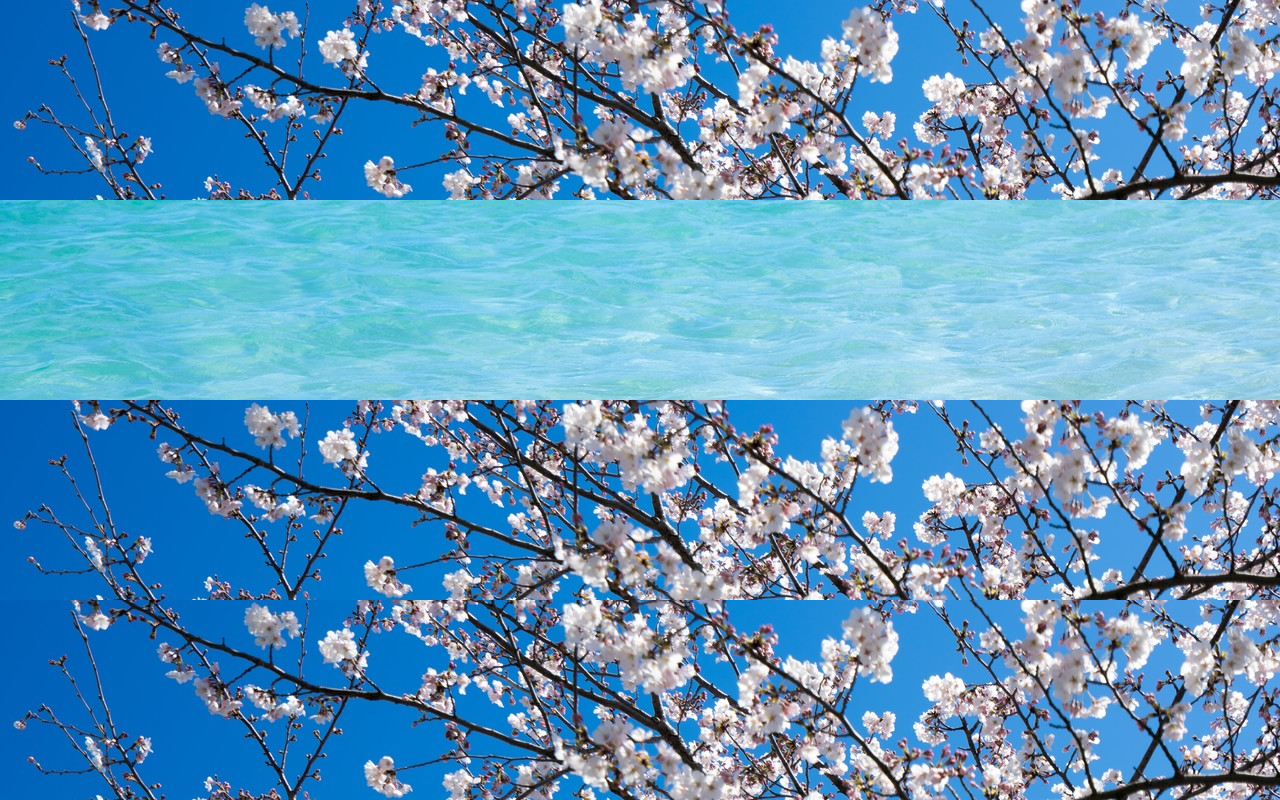
Repository: hayase-m/Webcamp
Page: chapter6/chapter6.html
The author's editor kept a record of every edit. The page is drawn from the files as they stood at one moment, then again after the next edit.
The browser window is 1280 px wide. The pictures show the whole page.

Above is the page before.

### chapter6/chapter6.html
<!DOCTYPE html>
<html lang="en">
<head>
  <meta charset="UTF-8">
  <link rel="stylesheet" href="style.css" type="text/css" />
  <title>Chapter6</title>
</head>
<body>
  <div class="image1"></div>
  <div class="image2"></div>
  <div class="image3"></div>
  <div class="image4"></div>
</body>
</html>

### chapter6/style.css
* {
  margin: 0;
  padding: 0;
  box-sizing: border-box;
}

.image1 {
  width: 100%;
  height: 200px;
  background-image: url(img/box1.jpg)
}

.image2 {
  width: 100%;
  height: 200px;
  background-image: url(img/box2.jpg)
}

.image3 {
  width: 100%;
  height: 200px;
  background-image: url(img/box1.jpg)
}

.image4 {
  width: 100%;
  height: 200px;
  background-image: url(img/box1.jpg)
}

After the next edit:
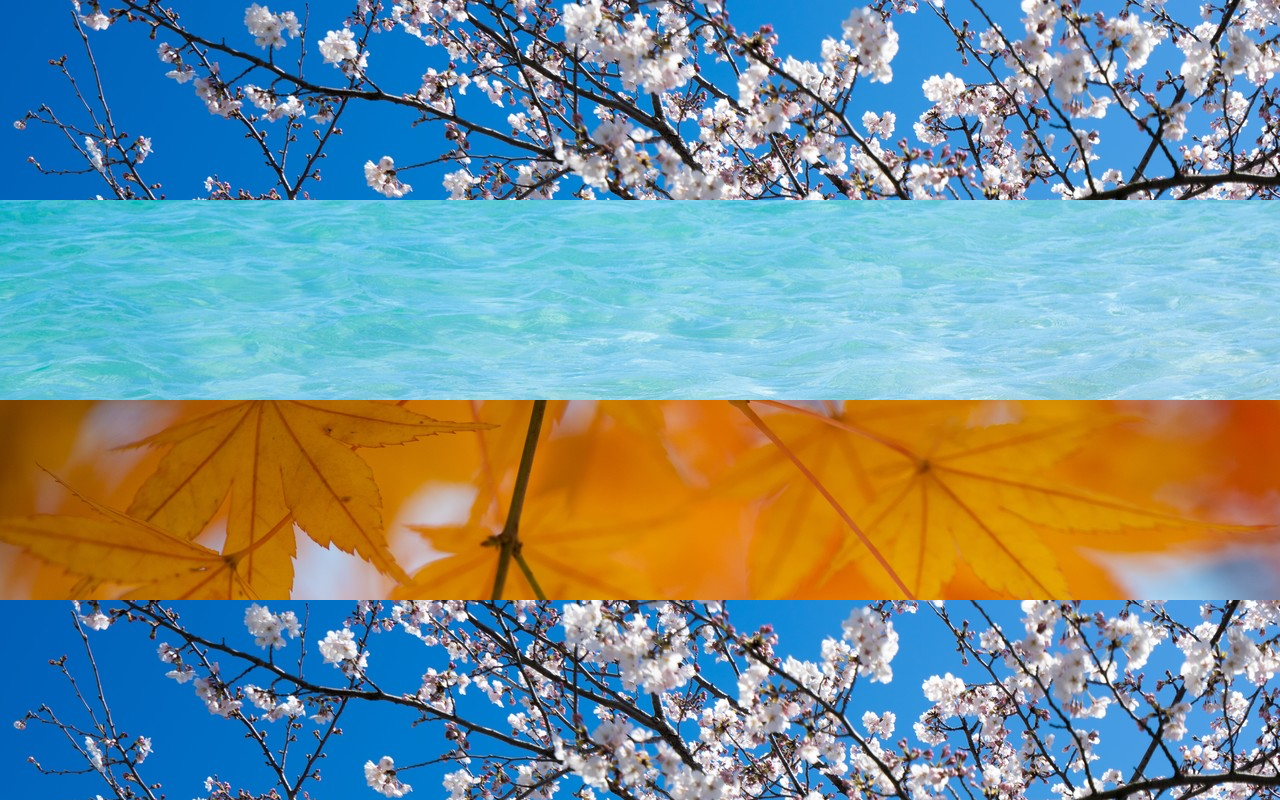
The edit:
--- a/chapter6/style.css
+++ b/chapter6/style.css
@@ -19,7 +19,7 @@
 .image3 {
   width: 100%;
   height: 200px;
-  background-image: url(img/box1.jpg)
+  background-image: url(img/box3.jpg)
 }
 
 .image4 {
